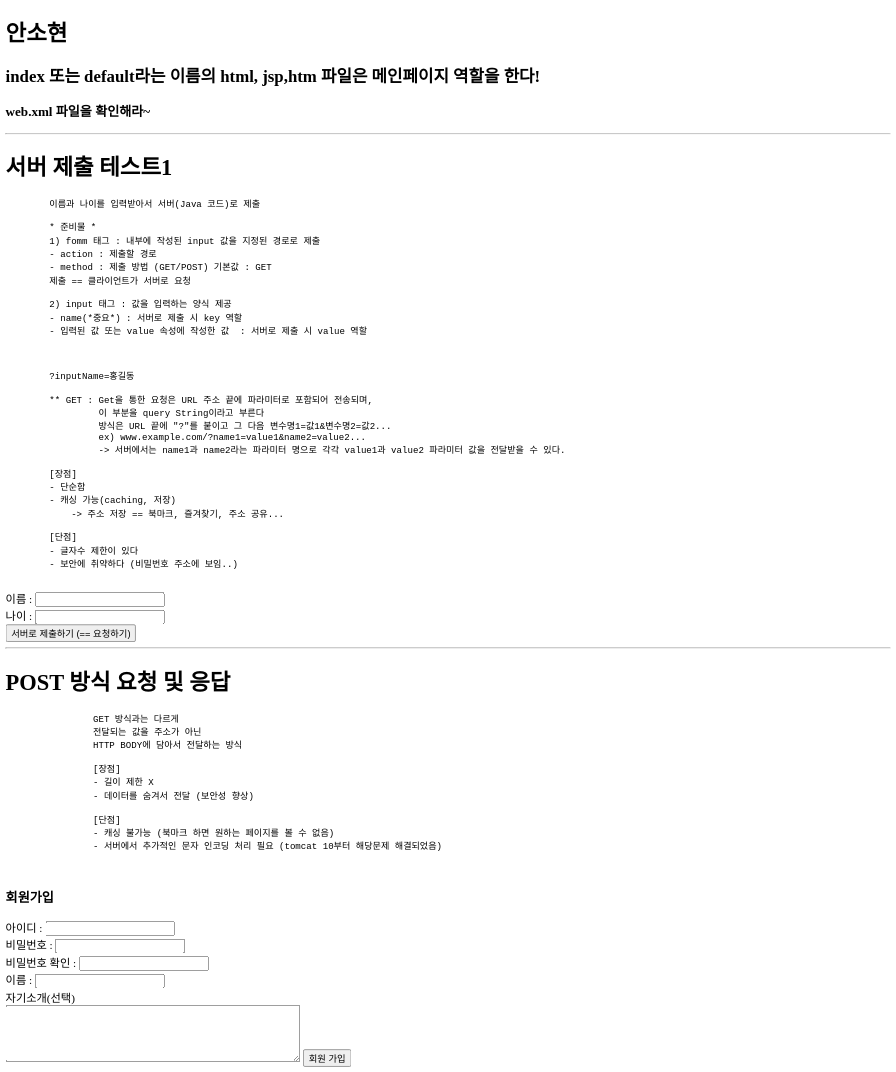
Repository: hyunsoda/05_Server
Page: ServletProject/src/main/webapp/index.html
An editor plug-in stored every save of this project. The page is shown before and after the next save, followed by the edit.
The browser window is 1280 px wide. The pictures show the whole page, at 70% of full size.

Above is the page before, as saved 2024-03-21 06:33:29.

### ServletProject/src/main/webapp/index.html
<!DOCTYPE html>
<html lang="en">
<head>
    <meta charset="UTF-8">
    <meta name="viewport" content="width=device-width, initial-scale=1.0">
    <title>Servlet 프로젝트</title>
</head>
<body>
    <h1>안소현</h1>
    <h2>index 또는 default라는 이름의 html, jsp,htm 파일은 메인페이지 역할을 한다!</h2>
    <h3>web.xml 파일을 확인해라~</h3>

    <hr>

    <h1>서버 제출 테스트1</h1>
    <pre>
        이름과 나이를 입력받아서 서버(Java 코드)로 제출

        * 준비물 *
        1) fomm 태그 : 내부에 작성된 input 값을 지정된 경로로 제출
        - action : 제출할 경로
        - method : 제출 방법 (GET/POST) 기본값 : GET
        제출 == 클라이언트가 서버로 요청

        2) input 태그 : 값을 입력하는 양식 제공
        - name(*중요*) : 서버로 제출 시 key 역할
        - 입력된 값 또는 value 속성에 작성한 값  : 서버로 제출 시 value 역할

        <!-- <input name="inputName" value="홍길동"/> -->

        ?inputName=홍길동

        ** GET : Get을 통한 요청은 URL 주소 끝에 파라미터로 포함되어 전송되며,
                 이 부분을 query String이라고 부른다
                 방식은 URL 끝에 "?"를 붙이고 그 다음 변수명1=값1&변수명2=값2...
                 ex) www.example.com/?name1=value1&name2=value2...
                 -> 서버에서는 name1과 name2라는 파라미터 명으로 각각 value1과 value2 파라미터 값을 전달받을 수 있다.

        [장점]
        - 단순함
        - 캐싱 가능(caching, 저장)
            -> 주소 저장 == 북마크, 즐겨찾기, 주소 공유...

        [단점]
        - 글자수 제한이 있다
        - 보안에 취약하다 (비밀번호 주소에 보임..)
    </pre>

    <form action="/example1" method="get">
        이름 : <input name="inputName">
        <br>
        나이 : <input type="number" name="inputAge">
        <br>
        <button type="submit">서버로 제출하기 (== 요청하기)</button>
        <!-- button 기본 값 submit -->

    </form>

	<hr>

	<h1>POST 방식 요청 및 응답</h1>
	<pre>
		GET 방식과는 다르게
		전달되는 값을 주소가 아닌
		HTTP BODY에 담아서 전달하는 방식

		[장점]
		- 길이 제한 X
		- 데이터를 숨겨서 전달 (보안성 향상)

		[단점]
		- 캐싱 불가능 (북마크 하면 원하는 페이지를 볼 수 없음)
		- 서버에서 추가적인 문자 인코딩 처리 필요 (tomcat 10부터 해당문제 해결되었음)

	</pre>

	<h3>회원가입</h3>

	<form action="/signUp" method="post">
		아이디 : <input type="text" name="inputId" required> <br>
        <!-- required : 필수로 입력하게하는 값 -->
        비밀번호 : <input type="password" name="inputPw" required> <br>
        비밀번호 확인 : <input type="password" required> <br>
        이름 : <input name="inputName" required> <br>

        자기소개(선택) <br>
        <textarea name="intro" cols="50" rows="5"></textarea>

        <button>회원 가입</button>
	</form>


</body>
</html>

After the next save:
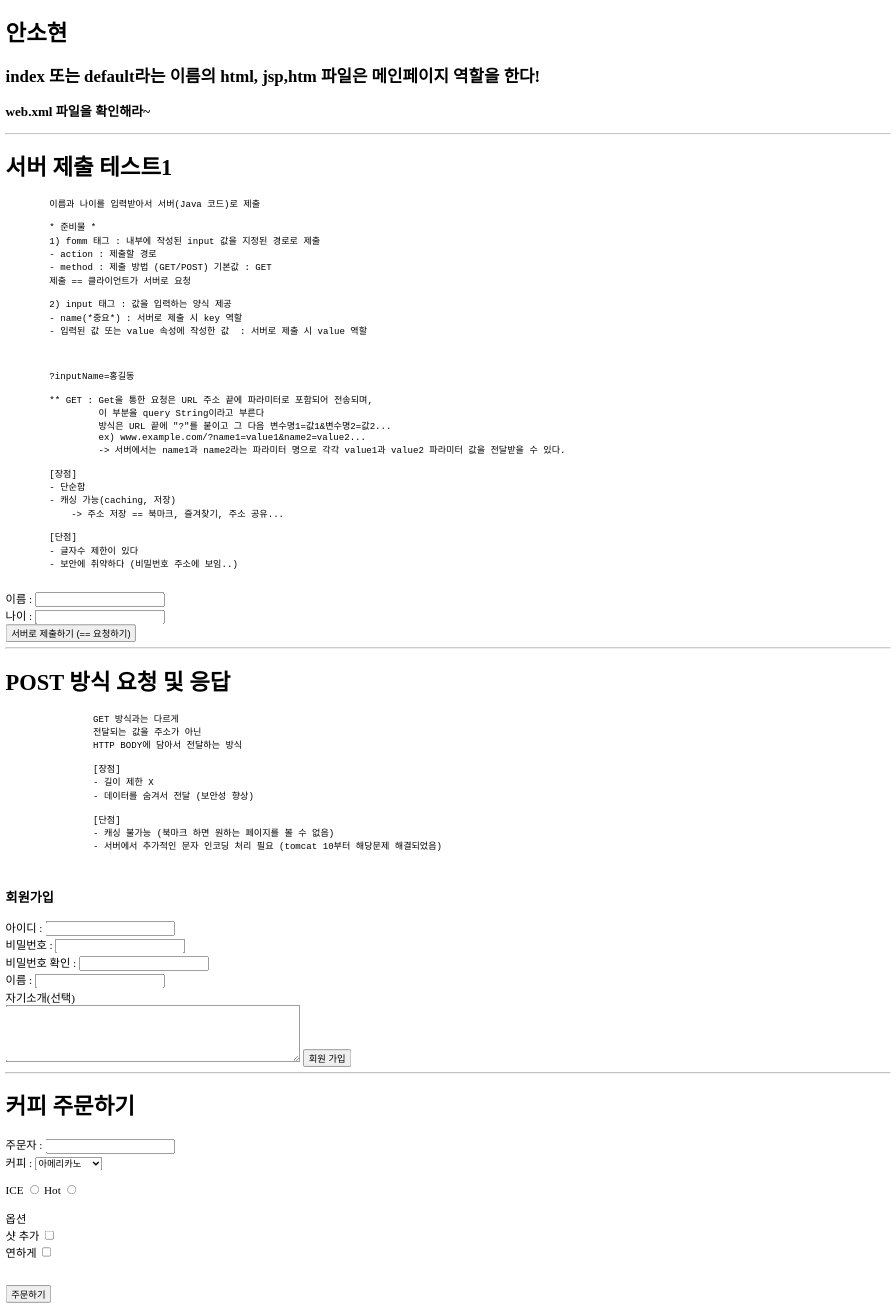
Saved 28 min 19 s later.
--- a/ServletProject/src/main/webapp/index.html
+++ b/ServletProject/src/main/webapp/index.html
@@ -89,6 +89,40 @@
         <button>회원 가입</button>
 	</form>
 
+	<hr>
+
+	<h1>커피 주문하기</h1>
+
+    <form action="/coffee" method="get">
+        주문자 : <input name="orderer">
+        <br>
+
+        커피 : <select name="coffee">
+                  <option>아메리카노</option>
+                  <option>카페라떼</option>
+                  <option>카푸치노</option>
+                  <option>콜드브루</option>
+                  <option>초코칩프라페</option>
+              </select>
+
+        <br><br>
+        ICE <input type="radio" name="type" value="ice">
+        Hot <input type="radio" name="type" value="hot">
+
+        <br><br>
+
+        옵션 <br>
+        샷 추가 <input type="checkbox" name="opt" value="shot">
+        <br>
+        연하게 <input type="checkbox" name="opt" value="mild">
+        <br>
+        <!-- opt라는 키에 배열로 들어감 opt[] -->
+        <br><br>
+        <button>주문하기</button>
+
+    </form>
+
+
 
 </body>
 </html>
